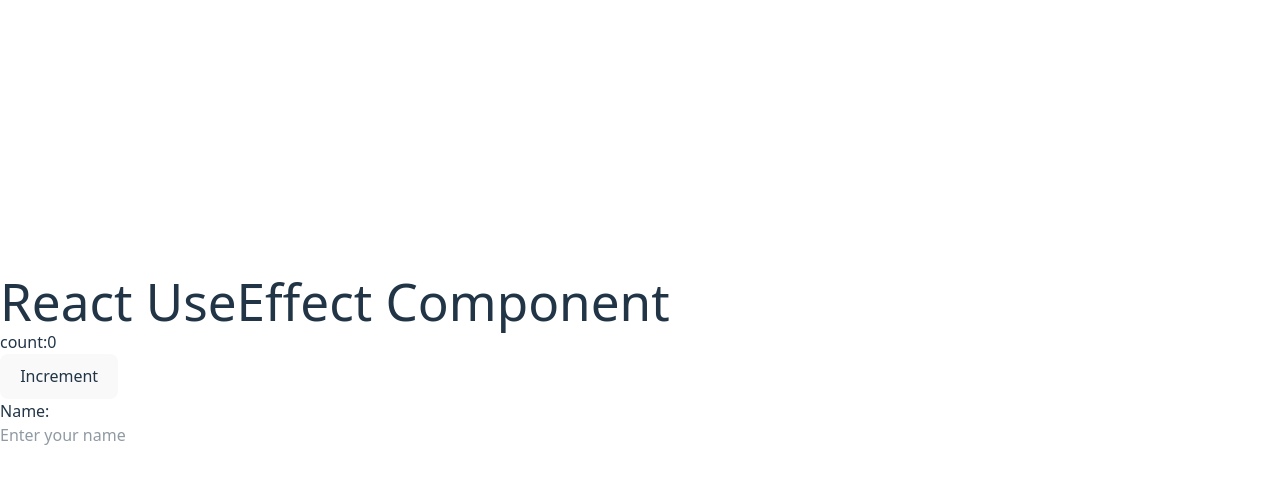
Repository: rushikesh-kolpe21/React_lectures
Page: / (app in React_bun/)
An editor plug-in stored every save of this project. The page is shown before and after the next save, followed by the edit.
The browser window is 1280 px wide. The pictures show the whole page.
The project was rebuilt for these pictures with package versions that can differ from the ones it lists, and the page was loaded fresh each time. Also part of the build but not shown: React_bun/vite.config.js, React_bun/src/components/DericedState.jsx, React_bun/src/components/EventProps.jsx, React_bun/src/components/SeriesCards.jsx, React_bun/src/components/Netflix.jsx, React_bun/src/components/Profile.jsx, React_bun/src/components/ToogleSwitch.jsx, React_bun/src/components/ShortCircuit.jsx and 6 more.

Above is the page before, as saved 2025-12-07 21:37:22.

### React_bun/src/main.jsx
import { StrictMode } from 'react'
import { createRoot } from 'react-dom/client'
import './index.css'
import {App} from './App.jsx'

createRoot(document.getElementById('root')).render(
  <StrictMode>
    <App />
  </StrictMode>,
)

### React_bun/src/App.jsx
import { DericedState } from "./components/DericedState";
import { EventProps } from "./components/EventProps";
import { Netflix } from "./components/Netflix";
import { Profile } from "./components/Profile";
import { ToogleSwitch } from "./components/ToogleSwitch";
import { ShortCircuitExample } from "./components/ShortCircuit";
import { Todo } from "./projects/Todo/Todo";
import { UseState } from "./components/hooks/UseState";
import { RegistrationForm } from "./components/hooks/RegistrationForm";
import { ReactUseEffect } from "./components/hooks/UseEffect/ReactUseEffect";

 export const App =()=> {

  const age = 17;

  return(
    <>
    {/* <Netflix/> */}
    {/* <Profile/> */}
    {/* <EventProps/> */}
    {/* <DericedState/> */}
    {/* <ToogleSwitch/> */}
    {/* <section>{<Todo />}</section> */}
    {/* <ShortCircuitExample /> */}
        {/* <UseState /> */}
        {/* <RegistrationForm /> */}
        <ReactUseEffect />
    </>
  )
}

### React_bun/src/components/hooks/UseEffect/ReactUseEffect.jsx
import { useState } from "react";

export const ReactUseEffect = () => {
    const [count, setCount] = useState(0);
    const [name, setName] = useState("");

    const handleInputChange = (event) => {
        setName(event.target.value);
    };
  return (
     <div>
        <h1>React UseEffect Component</h1>
        <p>
            count:<span>{count}</span>
        </p>
        <button onClick={() => setCount(count + 1)}>Increment</button>

        <p>
            Name: <span>{name}</span>
        </p>

        <label >
            <input
            type="text" placeholder="Enter your name"
            value={name} name="name"
            onChange={handleInputChange}
            required
             />
        </label>
     </div>
    )
}

Loaded but not shown: React_bun/index.html (common file); React_bun/src/index.css (common file)

After the next save:
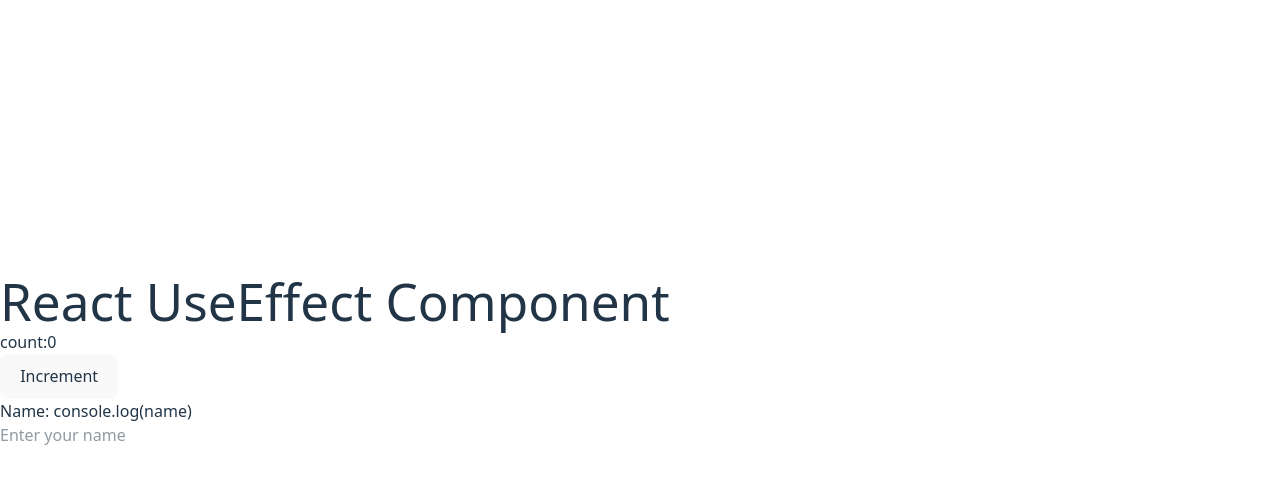
Saved 16 s later.
--- a/React_bun/src/components/hooks/UseEffect/ReactUseEffect.jsx
+++ b/React_bun/src/components/hooks/UseEffect/ReactUseEffect.jsx
@@ -17,6 +17,7 @@
 
         <p>
             Name: <span>{name}</span>
+            console.log(name)
         </p>
 
         <label >

After the save that followed:
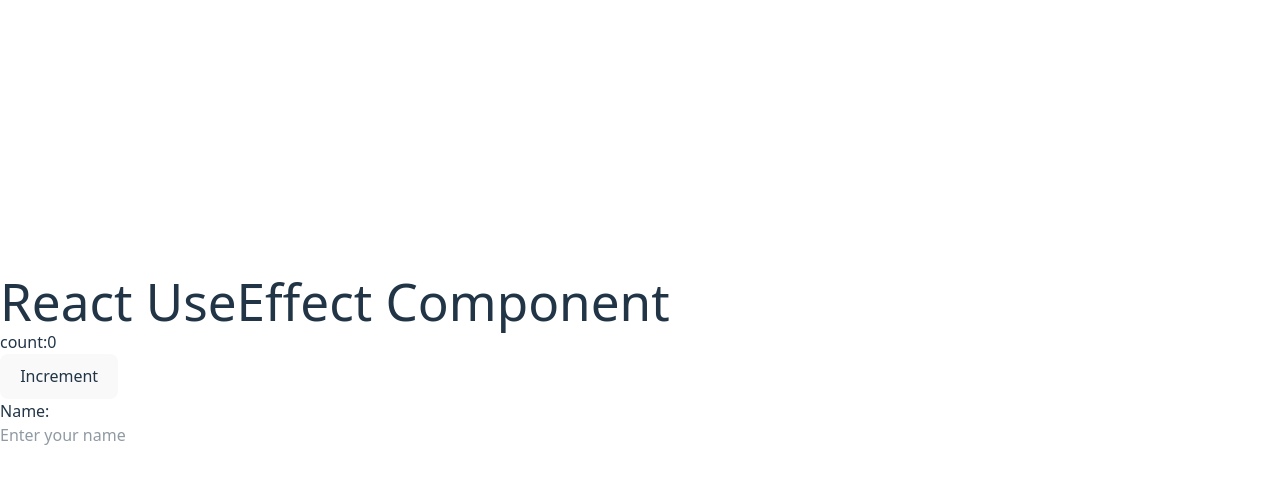
Saved 5 s later.
--- a/React_bun/src/components/hooks/UseEffect/ReactUseEffect.jsx
+++ b/React_bun/src/components/hooks/UseEffect/ReactUseEffect.jsx
@@ -17,7 +17,7 @@
 
         <p>
             Name: <span>{name}</span>
-            console.log(name)
+            {console.log(name)}
         </p>
 
         <label >
